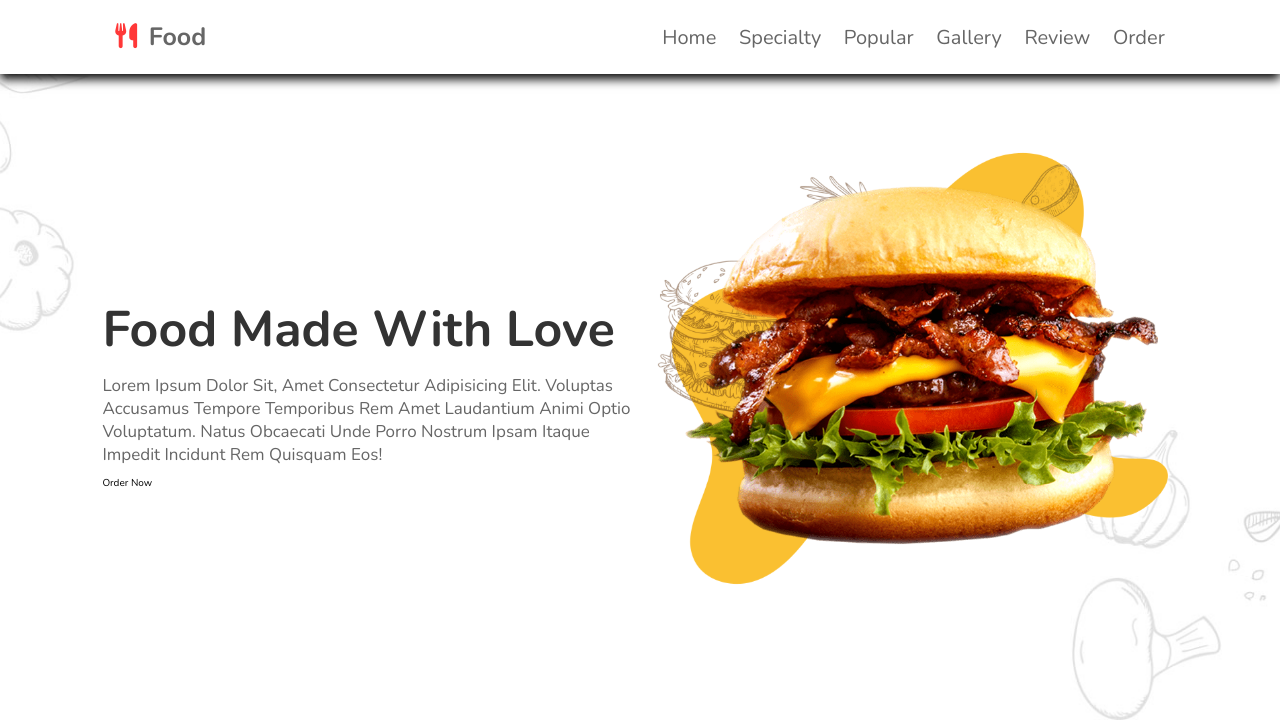
Repository: wenxi0504/ResturantApp-static-
Page: index.html
These files come from the project's save history. The page is drawn as it stood at one moment and after the next save; the edit follows.
The browser window is 1280 px wide. The pictures show the whole page.

Above is the page before, as saved 2022-01-09 22:52:53.
Console error: TypeError: Cannot read properties of null (reading 'classList')

After the next save:
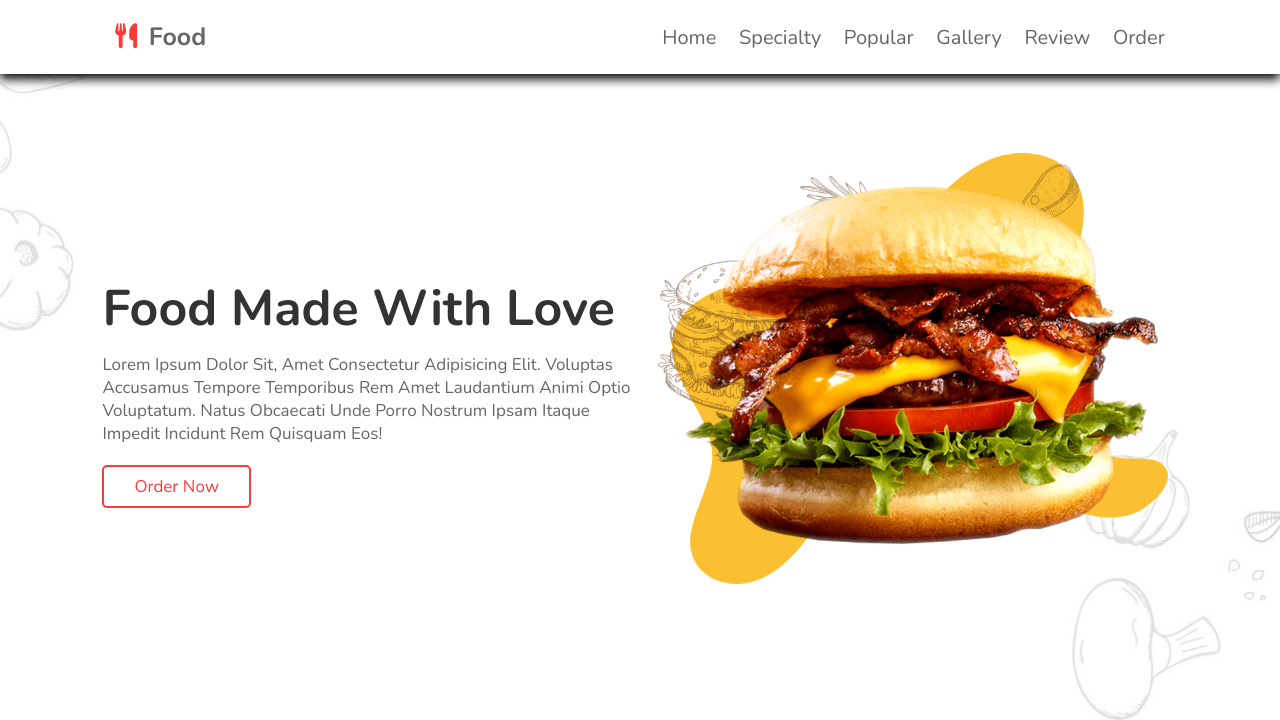
Saved 2 min 12 s later.
--- a/style.css
+++ b/style.css
@@ -132,7 +132,19 @@ color:#333;
   padding:1rem 0;
 }
 
-
+.btn{
+  display: inline-block;
+  padding:.8rem 3rem;
+  border:.2rem solid var(--red);
+  color:var(--red);
+  cursor: pointer;
+  font-size:1.7rem;
+  border-radius:.5rem;
+  position: relative;
+  overflow: hidden;
+  z-index: 0;
+  margin-top: 1rem;
+}
 
 
 
